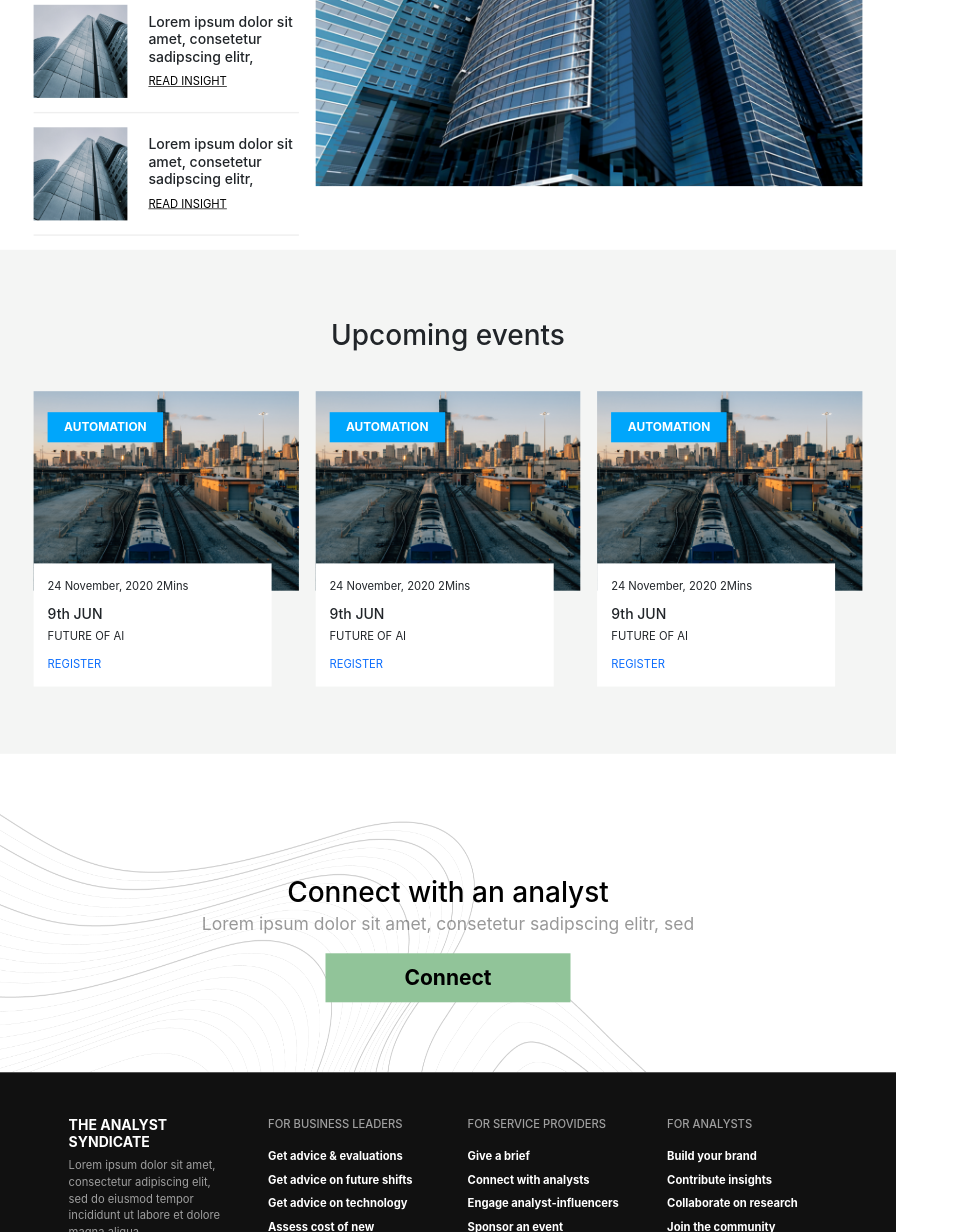
Repository: arif286/Business-webpage
Page: /
These files come from the project's save history. The page is drawn as it stood at one moment and after the next save; the edit follows.
The browser window is 1280 px wide. The page is 1361 px wide, so the pictures cover 1361 px, including what lies to the right of the window. The pictures show the part of the page from y = 2427 to 4187 px (the page is 4661 px tall), at 70% of full size.
The project was rebuilt for these pictures with package versions that can differ from the ones it lists, and the page was loaded fresh each time. Also part of the build but not shown: src/components/MainHeader/MainHeader.css, src/components/NotFound/NotFound.js.

Above is the page before, as saved 2021-05-28 00:43:53.

After the next save:
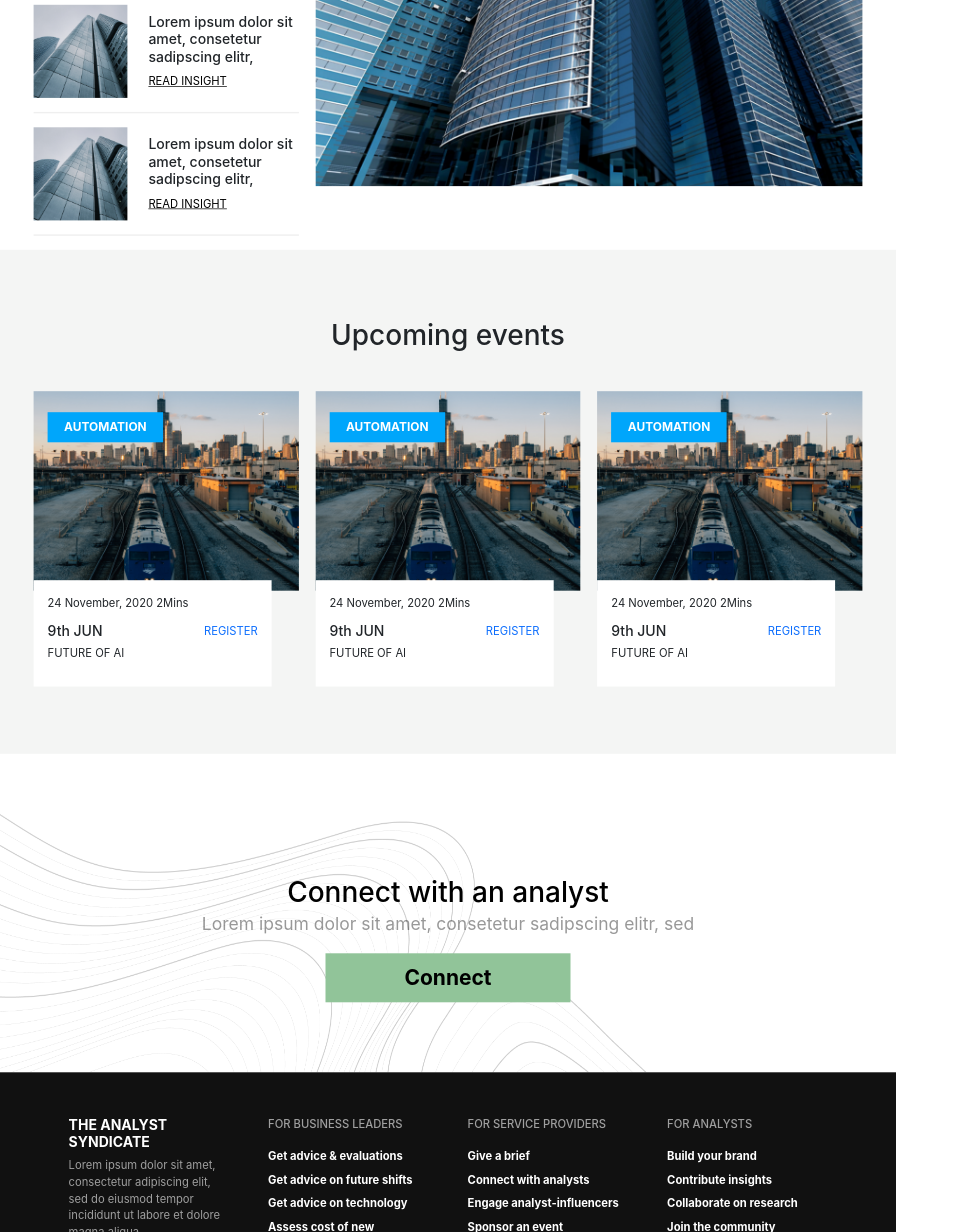
Saved 2 min 37 s later.
--- a/src/components/Events/EventCol.js
+++ b/src/components/Events/EventCol.js
@@ -5,19 +5,21 @@
 const EventCol = ({ data }) => {
   console.log(data);
   return (
-    <Col className='content-wrap' md={12} lg={4}>
+    <Col className="content-wrap" md={12} lg={4}>
       <div className="event-img">
         <img className="w-100" src={data.eventImage} alt="" />
         <a href="http">AUTOMATION</a>
       </div>
       <div className="event-content">
         <p>{data.text} 2Mins</p>
-        <div className="event-btm-txt">
-          <h5>{data.time}</h5>
-          <p>FUTURE OF AI</p>
-        </div>
-        <div className="event-btn">
-          <a href="http">REGISTER</a>
+        <div className='d-flex align-items-start justify-content-between'>
+          <div className="event-btm-txt">
+            <h5>{data.time}</h5>
+            <p>FUTURE OF AI</p>
+          </div>
+          <div className="event-btn">
+            <a href="http">REGISTER</a>
+          </div>
         </div>
       </div>
     </Col>
